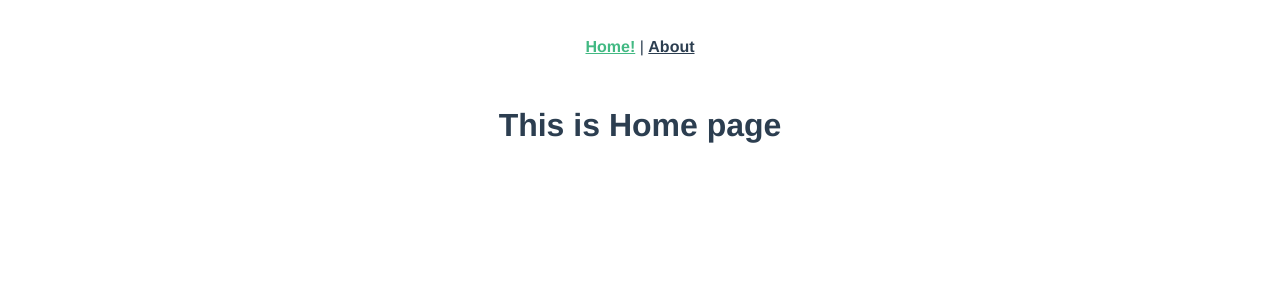
Repository: RyuGeunHwan/code_J
Page: / (app in hello-word/)
An editor plug-in stored every save of this project. The page is shown before and after the next save, followed by the edit.
The browser window is 1280 px wide. The pictures show the whole page.
The project was rebuilt for these pictures with package versions that can differ from the ones it lists, and the page was loaded fresh each time.

Above is the page before, as saved 2022-08-10 16:10:44.

After the next save:
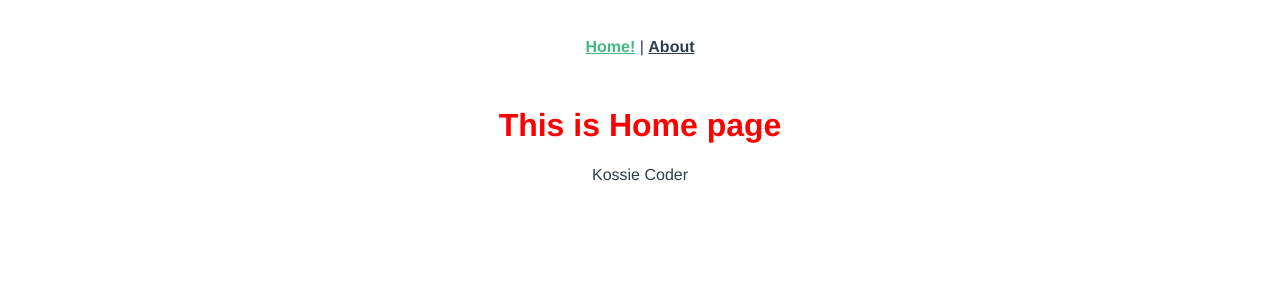
Saved 117 s later.
--- a/hello-word/src/views/Home.vue
+++ b/hello-word/src/views/Home.vue
@@ -1,16 +1,22 @@
 <template>
   <div>
     <h1>This is Home page</h1>
+    <p>{{ name }}</p>
   </div>
 </template>
 
 <script>
 export default{
-
-
+data(){
+  return{ // Object를 return
+     name : 'Kossie Coder'
+  }
+}
 }
 </script>
 
 <style scoped>
-
+h1{
+  color : red;
+}
 </style>
